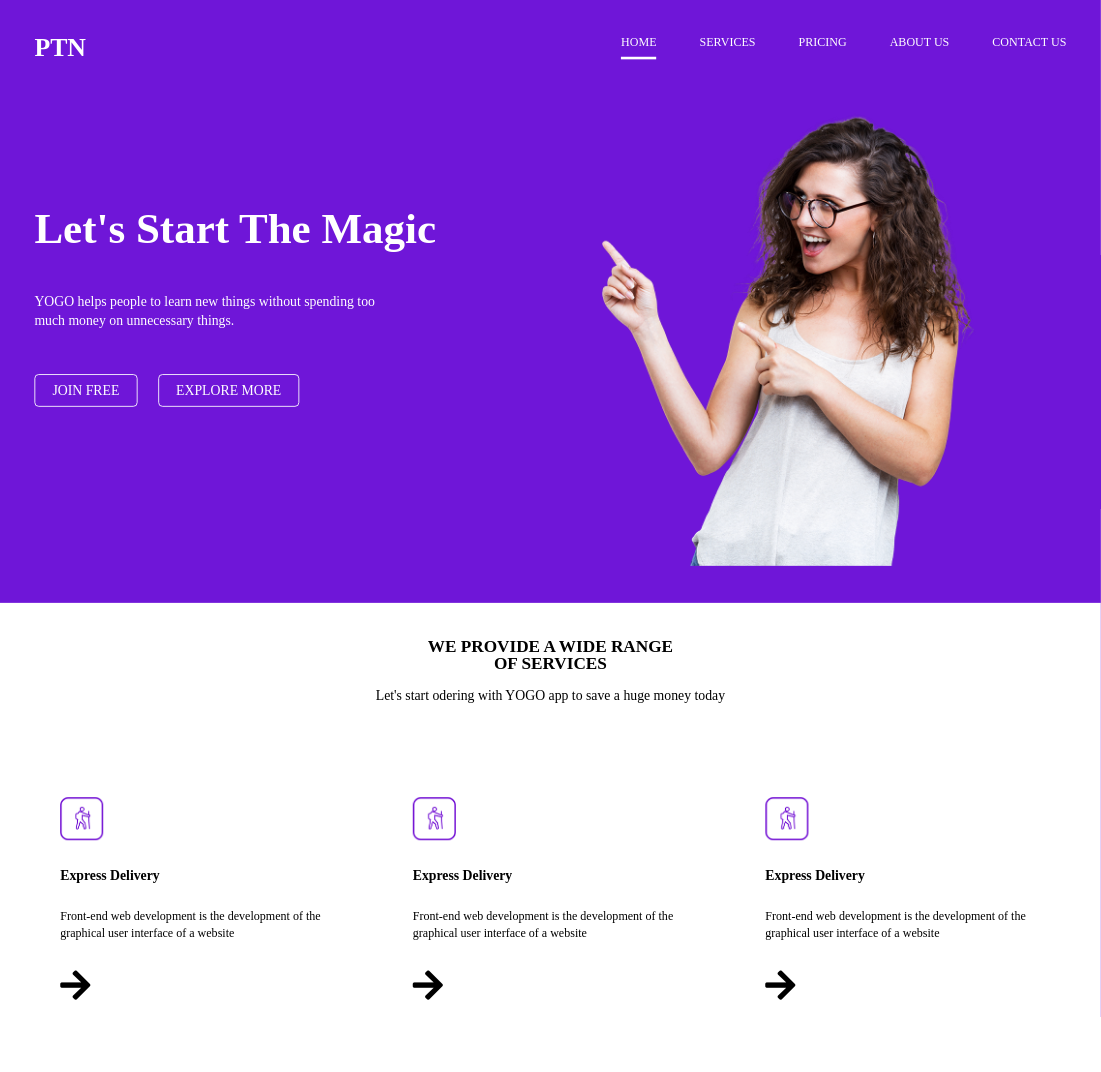
Repository: PhamTrungNguyen/LuyenTap
Page: index.html
An editor plug-in stored every save of this project. The page is shown before and after the next save, followed by the edit.
The browser window is 1280 px wide. The pictures show the whole page, at 86% of full size.
Some web fonts or font styles are not loaded; a fallback is used. The style sheet was rebuilt from its Sass, Less or Tailwind sources for each picture, by a compiler version that may differ from the author's.

Above is the page before, as saved 2021-12-05 20:02:38.

After the next save:
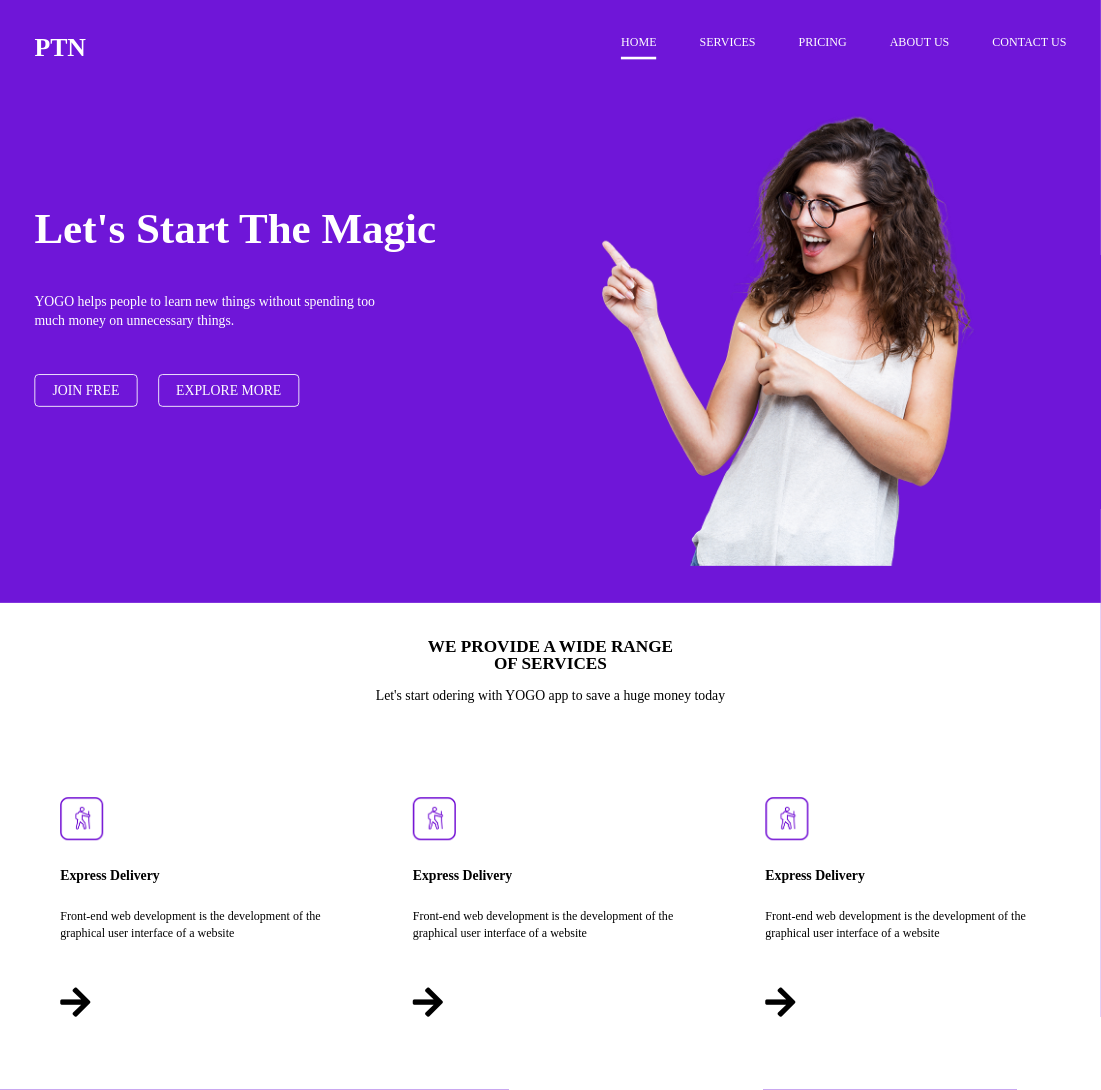
Saved 30 s later.
--- a/style.scss
+++ b/style.scss
@@ -243,7 +243,7 @@ img {
       // transition: all 0.5s ease;
     }
     &_item{
-      margin-top: 3rem;
+      margin-top: 5rem;
       font-size: 4rem;
     }
   }
